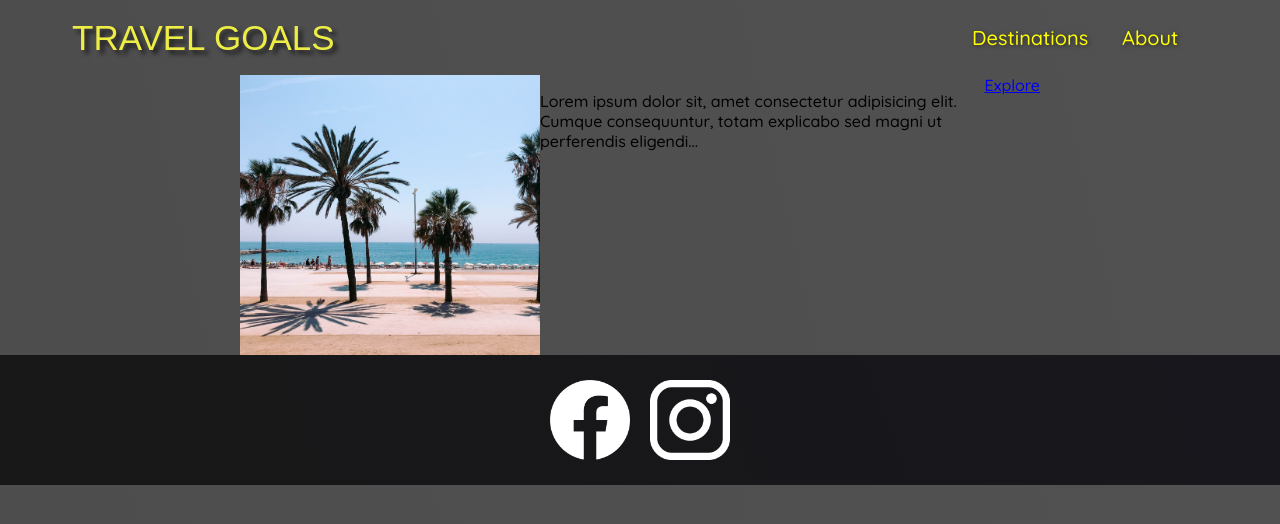
Repository: MicTomm/Travel-Goals
Page: places.html
These files come from the project's save history. The page is drawn as it stood at one moment and after the next save; the edit follows.
The browser window is 1280 px wide. The pictures show the whole page.
Some web fonts or font styles are not loaded; a fallback is used.

Above is the page before, as saved 2023-06-08 20:17:21.

### places.html
<!DOCTYPE html>
<html lang="it">

<head>
    <meta charset="UTF-8">
    <title>Travel Goals</title>
    <link rel="stylesheet"
        href="https://fonts.googleapis.com/css2?family=Raleway:wght@700&family=Oleo+Script:wght@700&family=Quicksand:wght@300;500&display=swap">
    <link href="/styles/shared.css" rel="stylesheet">
    <link href="/styles/places.css" rel="stylesheet">
</head>

<body>
    <header>
        <div id="logo">
            <a href="/index.html">Travel Goals</a>
        </div>
        <nav>
            <ul>
                <li><a href="/places.html">Destinations</a></li>
                <li><a href="">About</a></li>
            </ul>
        </nav>
    </header>
    <main>
        <ul>
            <li>
                <img src="images/places/barcelona.jpg" alt="Barcelona">
                <div>
                    <p>Lorem ipsum dolor sit, amet consectetur adipisicing elit. Cumque consequuntur, totam explicabo sed magni ut perferendis eligendi...</p>
                </div>
                <div>
                    <a href="https://en.wikipedia.org/wiki/Barcelona">Explore</a>
                </div>
            </li>
        </ul>
    </main>
    <footer>
        <ul>
            <li>
                <a href="https://www.facebook.com/" title="facebook">
                    <img src="/images/icons/facebook.png" alt="facebook-icon">
                </a>
            </li>
            <li>
                <a href="https://www.instagram.com/" title="instagram">
                    <img src="/images/icons/insta.png" alt="instagram-icon">
                </a>
            </li>
    </footer>
</body>

</html>

### styles/shared.css
body {
    margin: 0px;
    font-family: 'Quicksand', sans-serif;
}

ul {
    list-style: none;
    padding: 0px;
    margin: 0px;
}

header {
    display: flex;
    justify-content: space-between;
    align-items: center;
    padding: 15px 60px;
    position: absolute;
    width: 100%;
    top: 0;
    left: 0;
    box-sizing: border-box;
}

header ul {
    margin: 10px;
    display: flex;
    justify-content: space-between;
    width: 250px;
}

header li {
    width: 100px;
}

header a {
    color: yellow;
    text-decoration: none;
    font-size: 20px;
    padding: 12px;
    text-shadow: 1px 1px 4px rgba(0, 0, 0, 0.5);
}

header a:hover {
    background-color: yellow;
    box-shadow: 2px 2px 4px rgba(0, 0, 0, 0.5);
    color: rgb(67, 60, 60);
    text-shadow: 1px 1px 2px rgb(0, 0, 0, 0.5);
    border-radius: 8px;
}

footer{
    background: linear-gradient(70deg, rgb(24, 24, 24), rgb(23, 23, 29));
    padding: 25px;
}

footer ul{
    display: flex;
    justify-content: center;
}

footer li{
    width: 80px;
    height: 80px;
    margin: 0px 10px;
}

footer img{
    width: 100%;
    height: 100%;
}

#logo a {
    font-family: 'Oleo script', sans-serif;
    font-size: 35px;
    text-decoration: none;
    color: rgb(237, 237, 70);
    text-shadow: 4px 4px 4px rgb(31, 29, 29);
    text-transform: uppercase;
}

#logo a:hover {
    background-color: transparent;

}

### styles/places.css
body {
    background: linear-gradient(77deg, rgb(77, 77, 77), rgb(81, 81, 81));
}

/*
    position: static sovrascrive il comportamento impostato per l'header nel file shared.css, al fine
    di evitare la sovrapposizione delle prime card sull'header
*/
header {
    position: static;
}

main ul {
    width: 800px;
    margin: 0px auto;
}

main li {
    display: flex;
}

main li img {
    height: 280px;
    width: 300px;
    object-fit: cover;
}

After the next save:
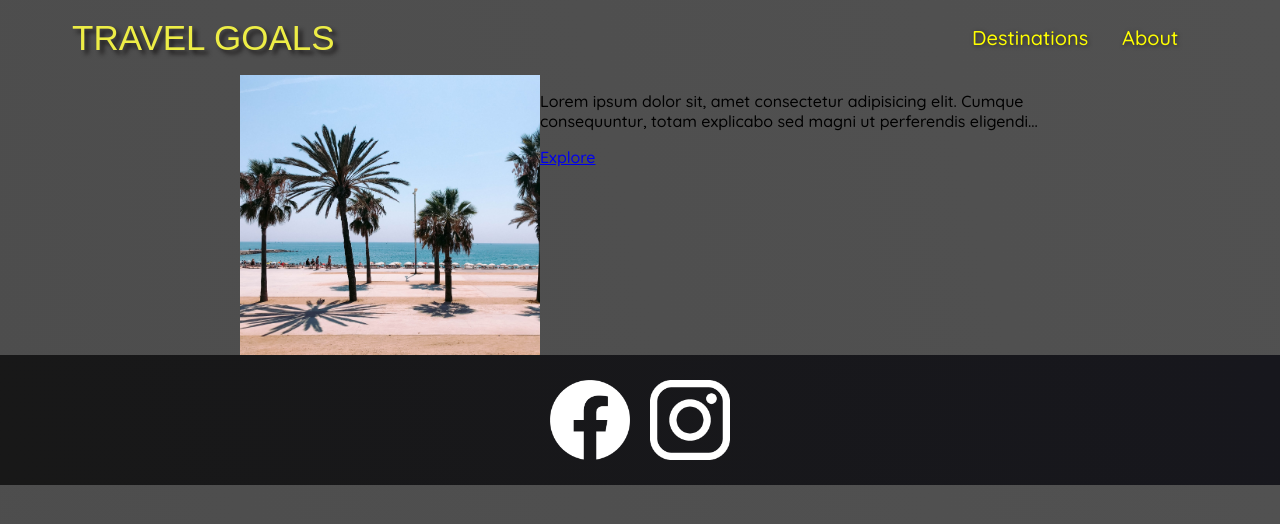
Saved 98 s later.
--- a/places.html
+++ b/places.html
@@ -28,9 +28,9 @@
                 <img src="images/places/barcelona.jpg" alt="Barcelona">
                 <div>
                     <p>Lorem ipsum dolor sit, amet consectetur adipisicing elit. Cumque consequuntur, totam explicabo sed magni ut perferendis eligendi...</p>
-                </div>
-                <div>
-                    <a href="https://en.wikipedia.org/wiki/Barcelona">Explore</a>
+                    <div>
+                        <a href="https://en.wikipedia.org/wiki/Barcelona">Explore</a>
+                    </div>
                 </div>
             </li>
         </ul>
